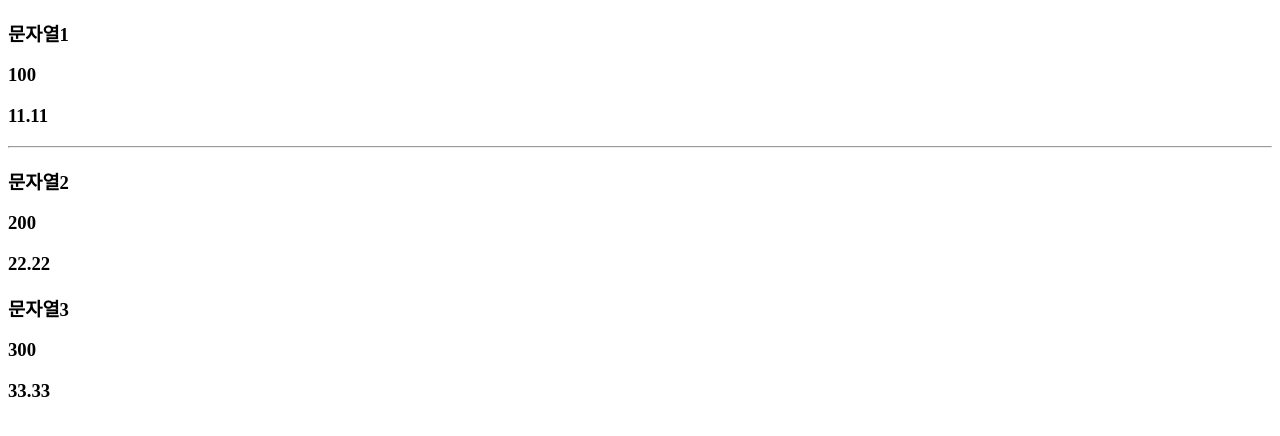
Repository: k5275645/vuePractice
Page: VueInstance/WebContent/index.html
An editor plug-in stored every save of this project. The page is shown before and after the next save, followed by the edit.
The browser window is 1280 px wide. The pictures show the whole page.
Some web libraries are served in a nearby version.

Above is the page before, as saved 2023-02-21 05:07:13.

After the next save:
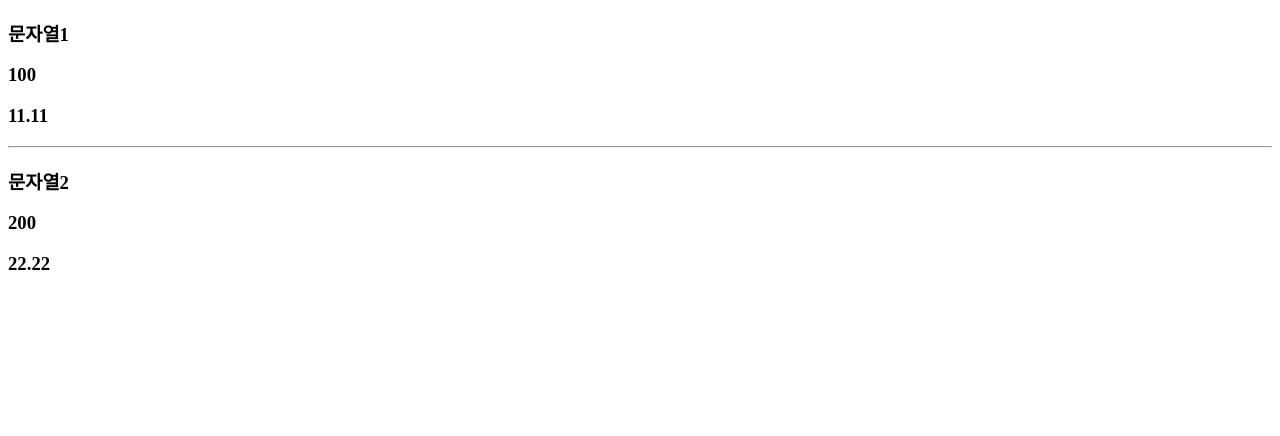
Saved 5 s later.
--- a/VueInstance/WebContent/index.html
+++ b/VueInstance/WebContent/index.html
@@ -48,9 +48,9 @@
 		<h3>{{float2}}</h3>
 	</div>
 	<div id="test2">
-		<h3>{{str2}}</h3>
-		<h3>{{int2}}</h3>
-		<h3>{{float2}}</h3>
+		<h3>{{str3}}</h3>
+		<h3>{{int3}}</h3>
+		<h3>{{float3}}</h3>
 	</div>
 </body>
 </html>
